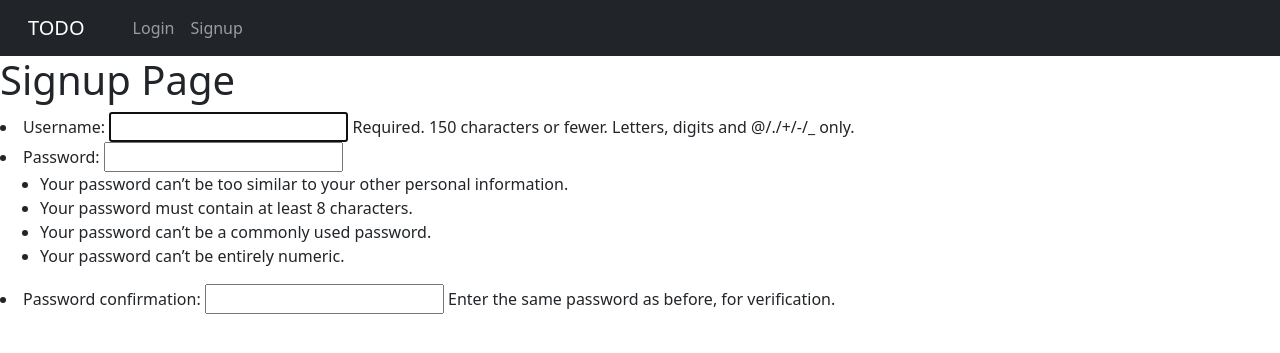
Repository: Anamikatiwari/Todo
Page: http://localhost/signup/
The author's editor kept a copy of each file at every save. The page is drawn from the files as they stood at one save, then again after a run of saves.
The browser window is 1280 px wide. The pictures show the whole page.
The page is served by the project's application, run on Django 5.2 (manage.py). Other server files are loaded and not shown.

Above is the page before, as saved 2024-08-24 16:13:02.

### app/templates/signup.html
<!doctype html>
<!--<html lang="ar" dir="rtl">-->
<html lang="en">
  <head>

    <meta charset="utf-8">
    <meta name="viewport" content="width=device-width, initial-scale=1">

    <!-- Bootstrap CSS -->
    <link rel="stylesheet" href="https://cdn.jsdelivr.net/npm/bootstrap@5.3.3/dist/css/bootstrap.rtl.min.css" integrity="sha384-dpuaG1suU0eT09tx5plTaGMLBsfDLzUCCUXOY2j/LSvXYuG6Bqs43ALlhIqAJVRb" crossorigin="anonymous">

    <title>Signup Page</title>
  </head>
  <body>
    <!--navbar start-->
    <nav class="navbar navbar-expand-lg  navbar-dark bg-dark">
        <div class="container-fluid">
          <a class="navbar-brand" href="/">TODO</a>
          <button class="navbar-toggler" type="button" data-bs-toggle="collapse" data-bs-target="#navbarNav" aria-controls="navbarNav" aria-expanded="false" aria-label="Toggle navigation">
            <span class="navbar-toggler-icon"></span>
          </button>
          <div class="collapse navbar-collapse" id="navbarNav">
            <ul class="navbar-nav ml-auto">

              <li class="nav-item">
                <a class="nav-link" href="/login">Login</a>
              </li>

              <li class="nav-item">
                <a class="nav-link" href="/signup">Signup</a>
              </li>

            </ul>
          </div>
        </div>
      </nav>


    <h1>Signup Page</h1>

    {{ form.as_ul }}


   <script src="https://cdn.jsdelivr.net/npm/bootstrap@5.3.3/dist/js/bootstrap.bundle.min.js" integrity="sha384-YvpcrYf0tY3lHB60NNkmXc5s9fDVZLESaAA55NDzOxhy9GkcIdslK1eN7N6jIeHz" crossorigin="anonymous"></script>



  </body>
</html>

### app/views.py
from django.shortcuts import render
from django.http import HttpResponse
from django.contrib.auth.forms import UserCreationForm

# Create your views here.

def home(request):
    return render(request, 'index.html')

def login(request):
    return render(request, 'login.html')

def signup(request):
    form = UserCreationForm()
    context = {
        'form': form
    }
    return render(request, 'signup.html', context=context)

### todo/urls.py
"""
URL configuration for todo project.

The `urlpatterns` list routes URLs to views. For more information please see:
    https://docs.djangoproject.com/en/5.1/topics/http/urls/
Examples:
Function views
    1. Add an import:  from my_app import views
    2. Add a URL to urlpatterns:  path('', views.home, name='home')
Class-based views
    1. Add an import:  from other_app.views import Home
    2. Add a URL to urlpatterns:  path('', Home.as_view(), name='home')
Including another URLconf
    1. Import the include() function: from django.urls import include, path
    2. Add a URL to urlpatterns:  path('blog/', include('blog.urls'))
"""
from django.contrib import admin
from django.urls import path, include

urlpatterns = [
    path('admin/', admin.site.urls),
    path('', include('app.urls'))
]

### app/urls.py
from django.contrib import admin
from django.urls import path, include
from app.views import home, login, signup


urlpatterns = [
    path('', home),
    path('login/', login),
    path('signup/', signup)
]

After the next 7 saves:
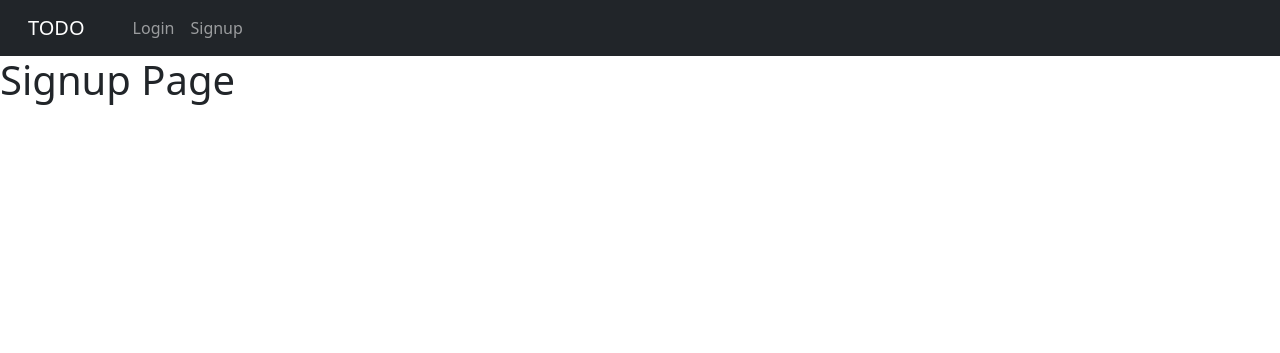
The 7 saves are shown as one change because they came seconds apart.
The last was saved 75 s later.
--- a/app/templates/signup.html
+++ b/app/templates/signup.html
@@ -38,7 +38,7 @@
 
     <h1>Signup Page</h1>
 
-    {{ form.as_ul }}
+    <form></form>
 
 
    <script src="https://cdn.jsdelivr.net/npm/bootstrap@5.3.3/dist/js/bootstrap.bundle.min.js" integrity="sha384-YvpcrYf0tY3lHB60NNkmXc5s9fDVZLESaAA55NDzOxhy9GkcIdslK1eN7N6jIeHz" crossorigin="anonymous"></script>
